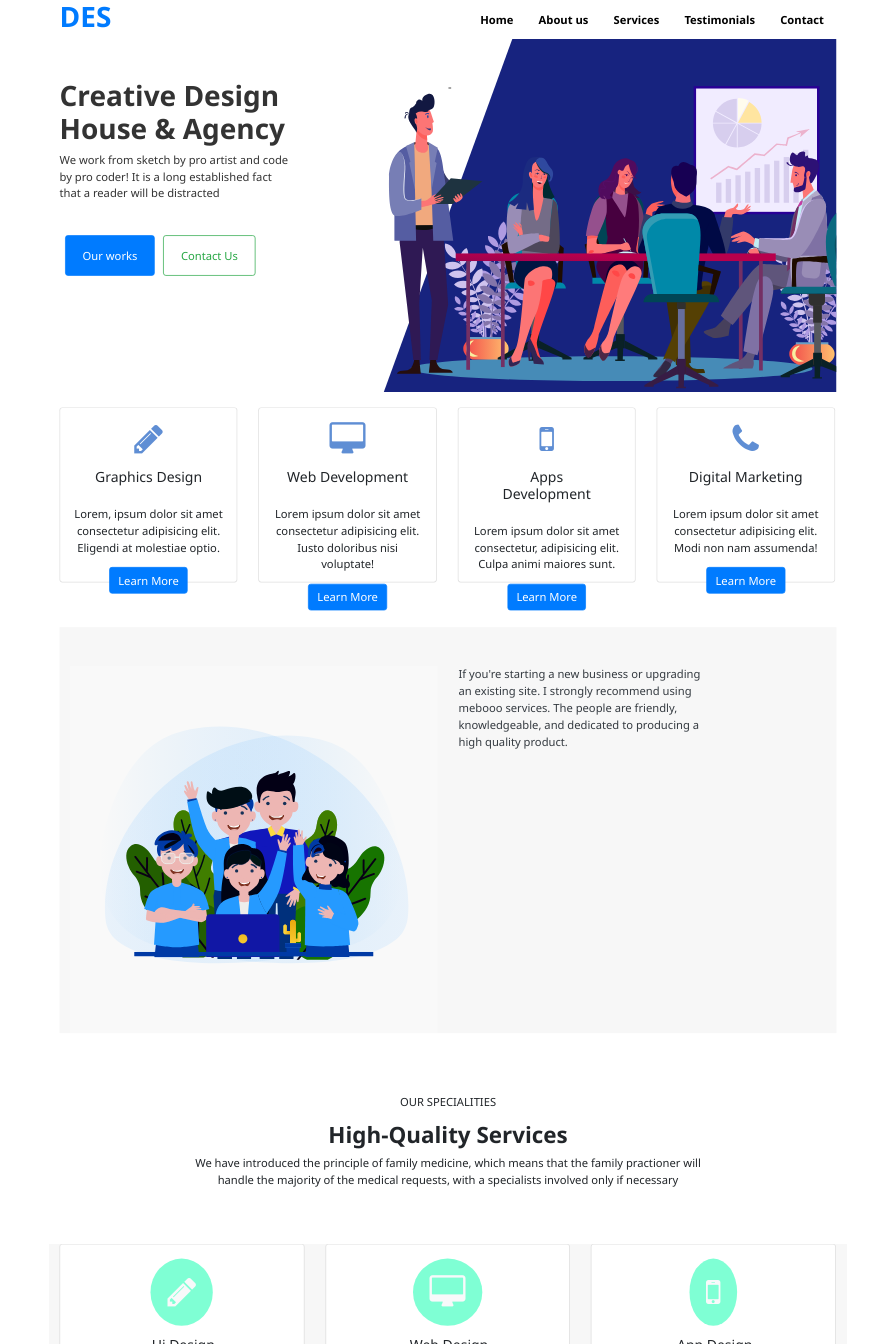
Repository: stephenkayade/Tarm
Page: index.html
An editor plug-in stored every save of this project. The page is shown before and after the next save, followed by the edit.
The browser window is 1280 px wide. The pictures show the part of the page from y = 0 to 1920 px (the page is 3073 px tall before and 3085 px after), at 70% of full size.

Above is the page before, as saved 2020-05-08 09:22:38.

After the next save:
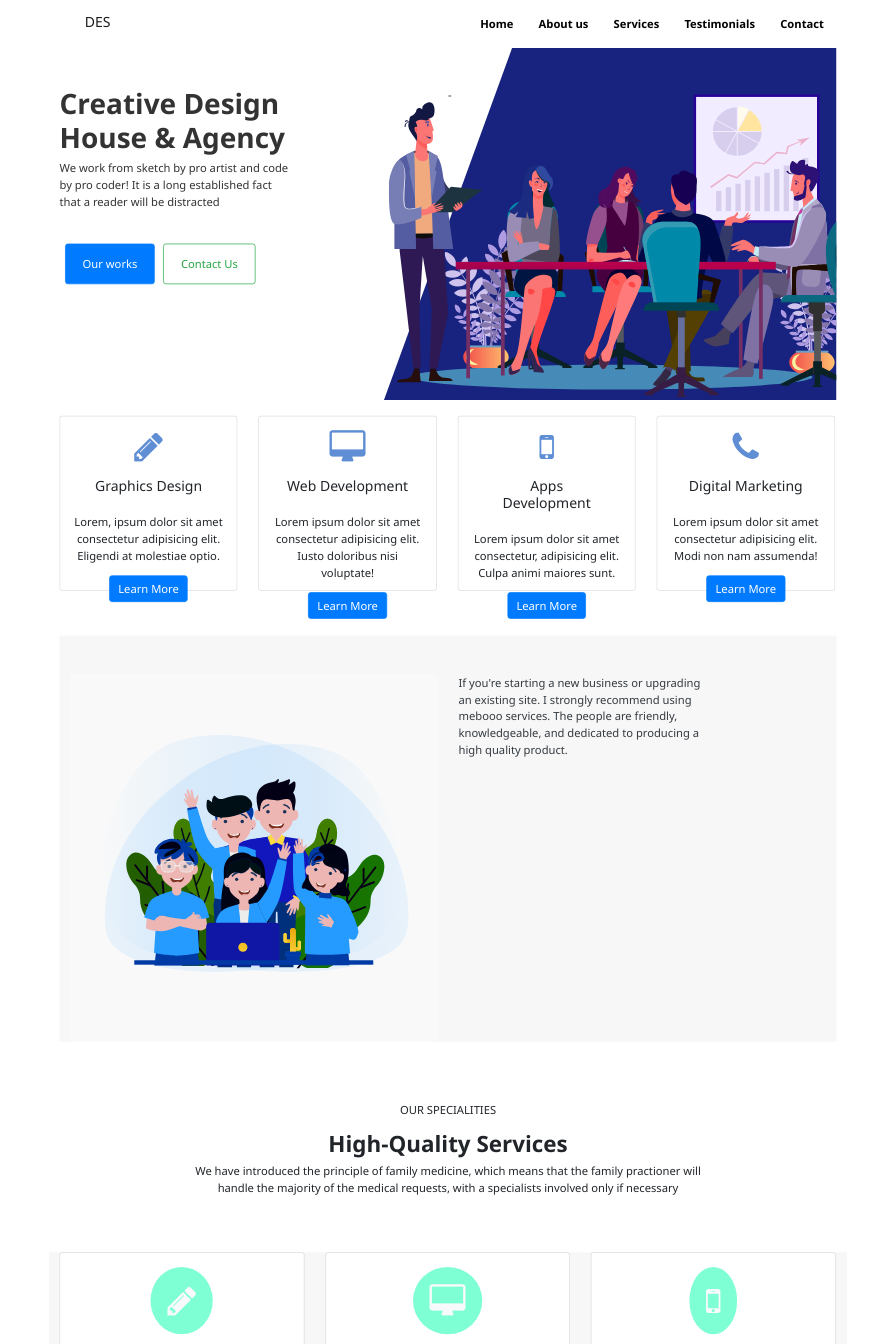
Saved 3 min 41 s later.
--- a/index.html
+++ b/index.html
@@ -24,7 +24,7 @@
         <section id="nav-bar">
             <nav class="navbar navbar-expand-lg navbar-light">
                 <!-- <h1>DES</h1> -->
-                <h1 class="text-primary bold">DES</h1>
+                <h1><a class="navbar-brand ml-1" href="#">DES</a></h1>
                 <button class="navbar-toggler" type="button" data-toggle="collapse" data-target="#navbarNav"
                     aria-controls="navbarNav" aria-expanded="false" aria-label="Toggle navigation">
                     <i class="fa fa-bars"></i>
@@ -202,7 +202,7 @@
                 <div class="col-sm-auto">
                     <div class="card text-center row-pd" style="width: 21.85rem; height: 24rem;">
                         <div class="card-body">
-                            <i class="fa fa-folder fa-3x  text-light btn-icon"></i>
+                            <i class="fa fa-folder fa-3x icon-pd text-light btn-icon"></i>
 
                             <br>
                             <h5 class="card-title ml-1">Branding</h5>
@@ -217,7 +217,7 @@
                 <div class="col-sm-auto">
                     <div class="card text-center row-pd" style="width: 21.85rem; height: 24rem;">
                         <div class="card-body">
-                            <i class="fa fa-table fa-3x text-light btn-icon"></i>
+                            <i class="fa fa-table fa-3x icon-pd text-light btn-icon"></i>
                             <br>
                             <h5 class="card-title ml-1">Interior Design</h5>
 
@@ -264,7 +264,7 @@
                 <div class="row">
                     <div class="col-8">
                         <h2 class="bold">Check Some Of Our <br>
-                            Recent Work</h2>
+                                Recent Work</h2>
                         <p>Lorem ipsum dolor sit amet consectetur adipisicing <br> elit. Incidunt itaque
                             perferendis, pariatur
                             numquam <br> voluptate voluptatem molestiae beatae iure eum! Rem!</p>
@@ -279,40 +279,6 @@
 
     </div>
     </section>
-    <section id="team">
-        <!-- <div class="container container-team">
-            <div class="meet">
-                <h2>Meet Our <br>
-                    Expert Team</h2>
-                <p>Lorem ipsum dolor sit amet consectetur adipisicing elit. Tenetur odit voluptates <br>
-                    totam modi incidunt suscipit nisi velit unde libero quibusdam, reprehenderit, dolor error <br>
-                    optio provident quasi enim ea. Illo vel debitis soluta.</p>
-            </div>
-            <div class="btn btn-outline-success ml-1">View Members</div>
-
-        </div> -->
-        <!-- <div class="container">
-            <div class="img-1">
-
-            </div>
-            <div class="img-2">
-
-            </div>
-            <div class="img-3">
-
-            </div>
-            <div class="img-4">
-
-            </div>
-            <div class="img-5">
-
-            </div>
-            <div class="img-6">
-
-            </div>
-        </div> -->
-
-    </section>
     </div>
 
 
